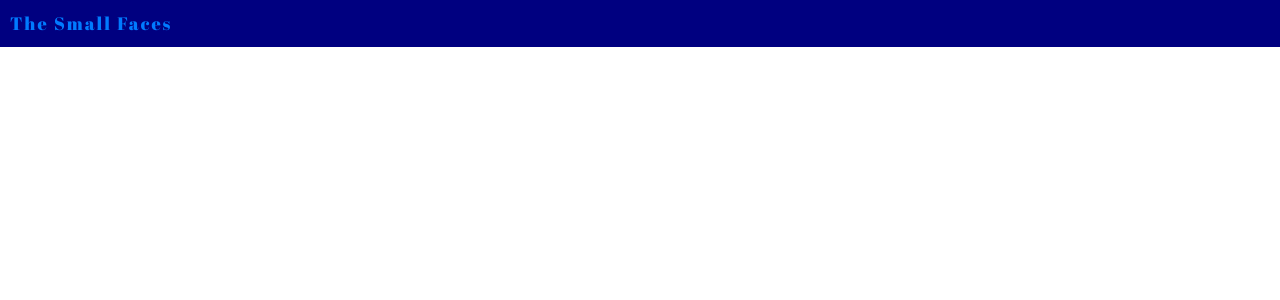
Repository: akshatnitd/User-Centric-FrontEnd-Milestone-Project
Page: index.html
The author's editor kept a record of every edit. The page is drawn from the files as they stood at one moment, then again after the next edit.
The browser window is 1280 px wide. The pictures show the whole page.

Above is the page before.

### index.html
<!DOCTYPE html>
<html lang="en">
<head>
    <meta charset="UTF-8">
    <meta name="viewport" content="width=device-width, initial-scale=1, shrink-to-fit=no">
    <meta http-equiv="X-UA-Compatible" content="ie=edge">
    <link href="https://fonts.googleapis.com/css?family=Abril+Fatface" rel="stylesheet">
	<link href="https://fonts.googleapis.com/css?family=Roboto" rel="stylesheet">
	<link href="https://fonts.googleapis.com/css?family=Fjalla+One&display=swap" rel="stylesheet">
	<link rel="stylesheet" href="https://stackpath.bootstrapcdn.com/bootstrap/4.4.1/css/bootstrap.min.css" integrity="sha384-Vkoo8x4CGsO3+Hhxv8T/Q5PaXtkKtu6ug5TOeNV6gBiFeWPGFN9MuhOf23Q9Ifjh" crossorigin="anonymous">
	<link href="assets/css/style.css" rel="stylesheet" type="text/css">
    <title>Document</title>
</head>
<body>
    <header>
        <div class="container-fluid">
            <div class="nav-header">
                <div class="nav-title">
                    <a href="index.html">The Small Faces</a>
                </div>
            </div>
        </div>
    </header>
    <section>

    </section>
    <footer>

    </footer>

</body>
</html>

### assets/css/style.css

/*............................................Heading*/
.container-fluid{
	background-color: #000080;
	position: relative;
	letter-spacing: 2px;
	padding: 10px 10px 10px 10px;
}

.nav-title {
	display: inline-block;
	font-size: 18px;
	font-family: 'Abril Fatface', cursive;
	color: #fff;

}

.nav-links {
	display: inline-block;
	float: right;
	font-size: 18px;
	font-family: 'Abril Fatface', cursive;
}

.nav-links>a {
	display: inline-block;
	text-decoration: none;

}

After the next edit:
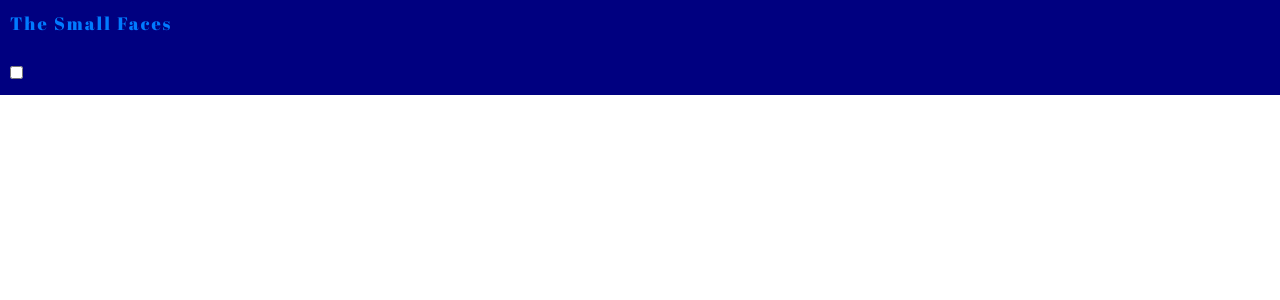
The edit:
--- a/index.html
+++ b/index.html
@@ -19,6 +19,10 @@
                     <a href="index.html">The Small Faces</a>
                 </div>
             </div>
+            <div class="nav-btn">
+				<label for="nav-check"><span></span><span></span> <span></span></label>
+			</div>
+			<input id="nav-check" type="checkbox">
         </div>
     </header>
     <section>
